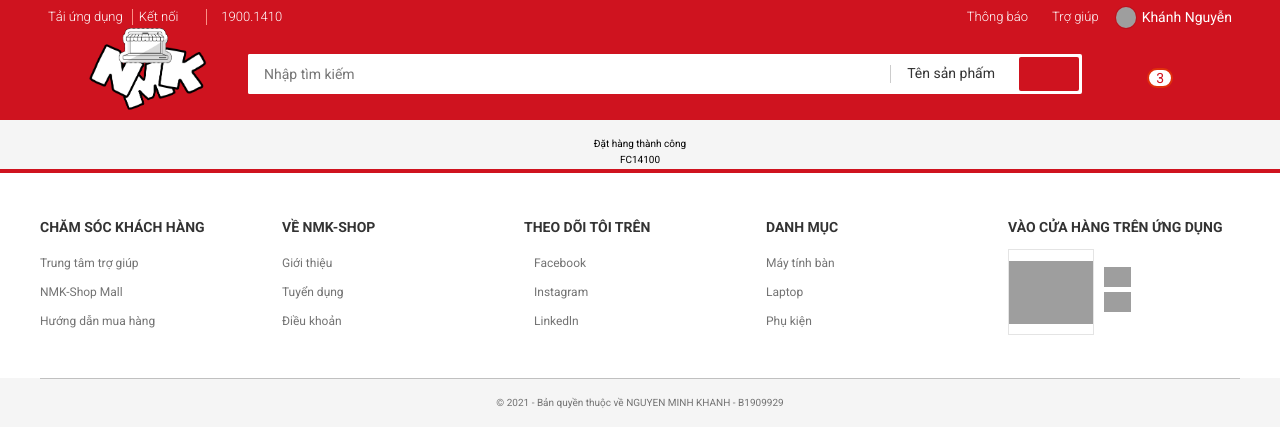
Repository: NguyenMinhKhanhB1909929/NMK-Shop
Page: orderedSuccess.html
These files come from the project's save history. The page is drawn as it stood at one moment and after the next save; the edit follows.
The browser window is 1280 px wide. The pictures show the whole page.
Pictures or frames that could not be fetched are drawn as grey boxes. Some icons come from a web library that is not loaded, so they are not drawn.

Above is the page before, as saved 2021-12-04 15:44:20.
Console error: TypeError: Cannot set properties of null (setting 'onclick')

After the next save:
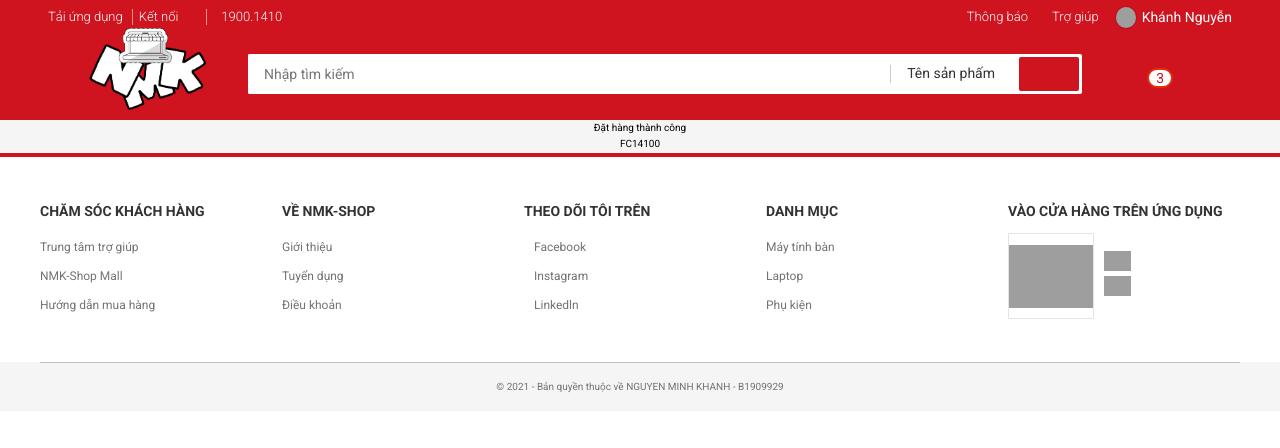
Saved 31 s later.
--- a/assets/css/orderSuccess.css
+++ b/assets/css/orderSuccess.css
@@ -2,8 +2,6 @@
   text-align: center;
 }
 .ordered__success-icon-wrap {
-  background-color: aqua;
-  display: inline-block;
 }
 .ordered__success-icon {
   font-size: 8rem;
